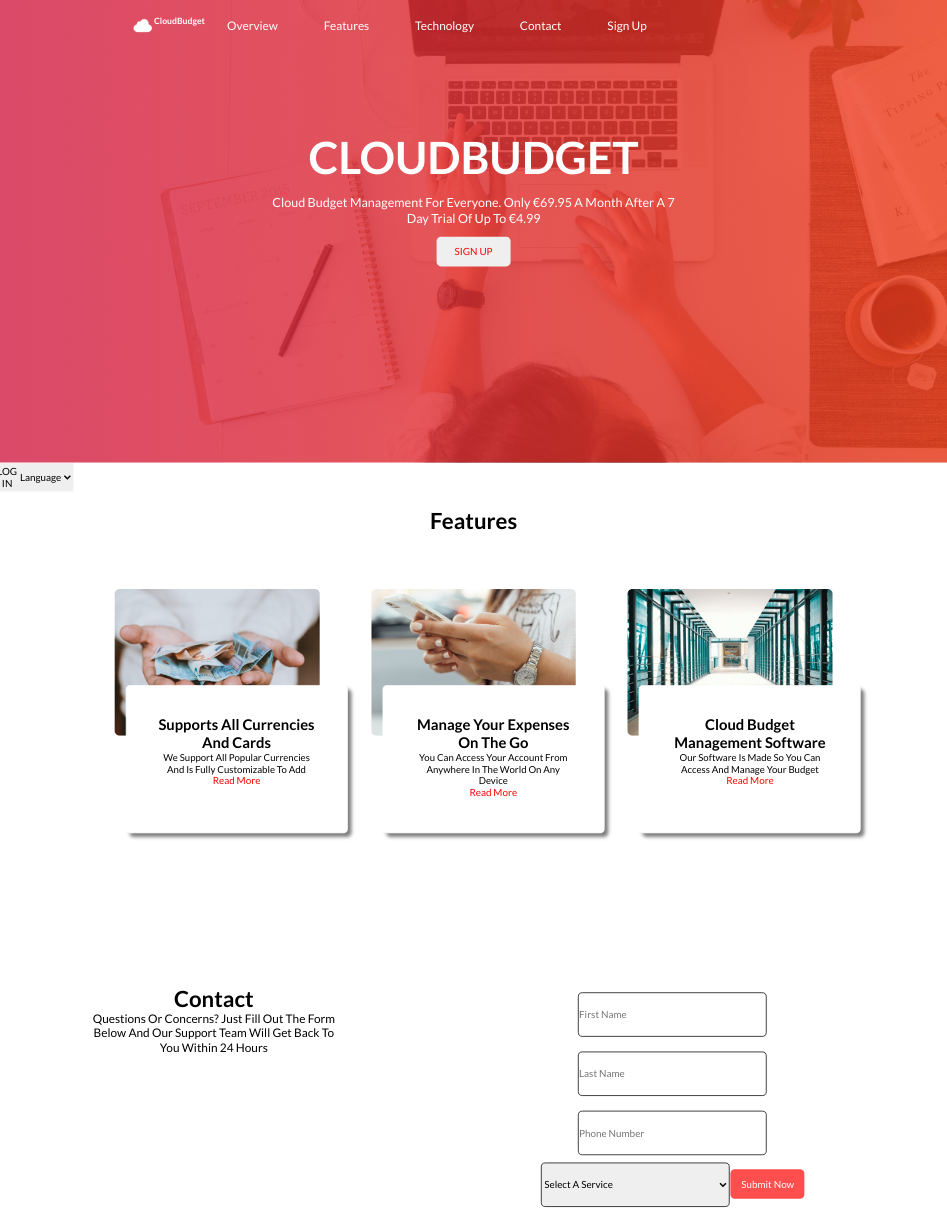
Repository: havvanurrana/website3
Page: index.html
These files come from the project's save history. The page is drawn as it stood at one moment and after the next save; the edit follows.
The browser window is 1280 px wide. The pictures show the whole page, at 74% of full size.

Above is the page before, as saved 2024-07-30 11:22:16.
Console error: TypeError: Cannot read properties of null (reading 'addEventListener')

### index.html
<!DOCTYPE html>
<html lang="tr">
  <head>
    <meta charset="UTF-8" />
    <meta name="viewport" content="width=device-width, initial-scale=1.0" />
    <title>CloudBudget</title>
    <link rel="stylesheet" href="style.css" />
    <link
      rel="stylesheet"
      href="https://cdnjs.cloudflare.com/ajax/libs/font-awesome/6.5.2/css/all.min.css"
      integrity="sha512-SnH5WK+bZxgPHs44uWIX+LLJAJ9/2PkPKZ5QiAj6Ta86w+fsb2TkcmfRyVX3pBnMFcV7oQPJkl9QevSCWr3W6A=="
      crossorigin="anonymous"
      referrerpolicy="no-referrer"
    />
    <link
      href="https://fonts.googleapis.com/css2?family=Lato:wght@400;700&display=swap"
      rel="stylesheet"
    />
  </head>
  <body>
    <section class="overview-section">
        <div class="linear-gradient"></div>
        <div class="content">
            <h3>CLOUDBUDGET</h3>
            <p>
                Cloud budget management for everyone. Only €69.95 a Month After a 7
                Day Trial of Up to €4.99
            </p>
            <button>SIGN UP</button>
        </div>
    </section>
    <header class="header-menu">
        <div class="markaamblem">
            <img src="assets/cloud.png" />
            <h3>CloudBudget</h3>
        </div>
        <nav class="navbar">
            <a href="#" class="navbarsect">Overview</a>
            <a href="#" class="navbarsect">Features</a>
            <a href="#" class="navbarsect">Technology</a>
            <a href="#" class="navbarsect">Contact</a>
            <a href="#" class="navbarsect">Sign Up</a>
        </nav>

    </header>
    <div class="buttons">
        <button>LOG IN</button>
        <button>
            <select id="language" name="language">
                <option value="">language</option>
                <option value="uk">UK</option>
                <option value="turk">Turkish</option>
                <option value="sp">Spanish</option>
                <option value="fr">French</option>
            </select>
        </button>
            <div class="toggle-menu">
                <button>
                    <i class="fas fa-bars"></i>
                </button>
            </div>
    </div>
    <!--features kısmı -->
    <div class="featureshead">
        <h1>Features</h1>
    </div>
    <div class="features">
        <div class="featuressection">
            <div class="img">
                <img src="../assets/money.png" />
            </div>
            <div class="featurescard">
                <div>
                    <h1>Supports All Currencies and Cards</h1>
                </div>
                <div>
                    <p>
                        We support all popular currencies and is fully customizable to add
                    </p>
                </div>
                <button>Read More</button>
            </div>
      </div>
      <div class="featuressection">
          <div>
                <div class="img">
                    <img src="../assets/hand.png" />
                </div>
                <div class="featurescard">
                    <h1>Manage your expenses on the go</h1>
                        <p>
                          You can access your account from anywhere in the world on any
                          device
                        </p>
                    <button>Read More</button>
                </div>
            </div>
      </div>
          <div class="featuressection">
              <div>
                    <div class="img">
                        <img src="../assets/building.png" />
                    </div>
                    <div class="featurescard">
                          <h1>Cloud Budget Management Software</h1>
                          <p>Our software is made so you can access and manage your budget</p>
                          <button>Read More</button>
                    </div>
              </div>
          </div>
    </div>
    <!--contact kısmı-->
    <section >
        <div class="contact">
        <div class="contact-text">
            <h1>Contact</h1>
            <p>
              Questions or concerns? Just fill out the form below and our support
              team will get back to you within 24 hours
            </p>
        </div>
        <div class="input">
            <input
            type="text"
            id="username"
            name="username"
            placeholder="First Name"
            />
            <input
            type="text"
            id="username"
            name="username"
            placeholder="Last Name"
            />
            <input
            type="text"
            id="username"
            name="username"
            placeholder="Phone Number"
            />
            <select id="service" name="service">
            <option value="">Select a service</option>
            <option value="service1">Service 1</option>
            <option value="service2">Service 2</option>
            <option value="service3">Service 3</option>
            <option value="service4">Service 4</option>
            </select>
            <button>Submit now</button>
        </div>
    </div>
    </section>
    <script>
        document.addEventListener('DOMContentLoaded', function() {
  const menuIcon = document.getElementById('menu-icon');
  const navList = document.getElementById('nav-list');

  menuIcon.addEventListener('click', function() {
    navList.classList.toggle('show');
  });
});
    </script>
  </body>
</html>

### style.css
/* genel*/
*{
   margin:0;
   padding: 0;
   box-sizing: border-box;
   outline: none;
   border: none;
   text-decoration: none;
   text-transform: capitalize;
   font-family: Lato;
}


html {
    font-size: 62.5%;
    overflow-x: hidden;
    scroll-behavior: smooth;
    scroll-padding-top: 9rem ;
 }
h1{
   font-size: 30px;
}
 /* header menu ve  amblem ve ilk ekran cssleri*/

.markaamblem{
   display: flex;
   justify-content: flex-start;
   color: white;
}

.header-menu{
   display: flex;
   justify-content: flex-end;
   align-items: center ;
   padding: 0 7%;
   margin: 2rem 7%;
   z-index: 3;
   top: 0;
   position:absolute;
}
header nav{
   justify-content: space-between;
}
.header-menu .navbar a{
   margin: 0 3rem;
   font-size: 1.6rem;
   color: white;
   z-index: 2;
}
 .buttons{
   border: 1px , solid, rgb(255, 255, 255);
   border-radius: 6px;
   color:rgb(255, 255, 255);
   width: 100px;
   height: 40px;
   gap: 0px;
   background-color: transparent;
}
 .buttons{
   display: flex;
   justify-content: flex-end;
}
.overview-section{
   min-height: 100vh;
   display: flex;
   text-align: center;
   align-items: center;
   justify-content: center;
   background:  url(../assets/image1.png)
   no-repeat;
   background-size: cover;
   margin-top: -9.5rem;
}

.overview-section .content {
   max-width: 60rem;
   margin: 0.5rem;
   z-index: 2;
}
.overview-section .content h3{
   font-size: 6rem;
   margin: 0.5rem;
   color: white;
}
.overview-section .content p{
   font-size: 1.7rem;
   margin: 1.5rem;
   color: white;
}
.overview-section .content button{
   border:1px;
   width: 100px;
   height: 40px;
   border-radius: 6px;
   color: red;

}

.linear-gradient{
   min-height: 100vh;
   width: 100%;
   display: flex;
   z-index: 1;
   background: linear-gradient(90deg, rgba(213, 32, 71, 0.8) 0%, rgba(238, 61, 27, 0.8) 100%);
   position: absolute;
}

/* features kısmı*/
/* başlık*/
.featureshead{
   text-align: center;
   justify-content: center;
   margin: 10px;
   padding: 10px;
}
/* Kartlar*/
.features{
   display: grid;
   grid-template-columns: repeat(auto-fit, minmax(30rem, 1fr));
   margin:3rem;
   padding: 0 7%;
}
.featurescard{
   border-radius: 6px;
   border: 1px, solid, rgb(255, 255, 255);
   width: 30rem;
   height: 20rem;
   text-align: center;
   justify-content: center;
   align-items: center;
   padding: 4rem;
   margin: 3rem;
   background-color: white;
   transform: translate(-5%,-50%);
   box-shadow: 5px 5px 5px rgba(0, 0, 0,0.5);
}
.featuressection{
   justify-content: center;
   align-items: center;
   margin: 10px;
   padding: 25px;
}
.features img{
   width: 100%;
   object-fit: cover;
}
.featurescard h1{
   font-size: 20px;
}
.featurescard p{
   font-size: 13px;
}
.featurescard button{
   border: none;
   background-color: transparent;
   color: red;
}

/*Contact kısmı */


.contact{
   display: flex;
   flex-direction: row;
   margin: 2rem;
}
.contact div{
   text-align: center;
   justify-content: center;
   align-items: center;
   padding: 0 7%;
   margin: 1rem;
}
.contact h1{
   font-size: 30px;
}
.contact p{
   font-size: 16px;
}
input{
   width: 255px;
   height: 60px;
   border: 1px, solid, black;
   border-color: rgb(0, 0, 0);
   border-radius: 6px;
   margin: 1rem;
}
.contact select{
   width: 255px;
   height: 60px;
   border: 1px, solid, black;
   border-color: rgb(0, 0, 0);
   border-radius: 6px;
}
.contact button{
   width: 100px;
   height: 40px;
   border-radius: 6px;
   color: white;
   background-color: rgb(254, 78, 78);
}


/* toggle menu*/

.toggle-menu {
   display: none;
}

@media (max-width: 1000px) {
   .navbar {
       display: none;
   }
   .toggle-menu {
       display: block;
   }
}

.toggle-menu.active + .navbar {
   display: flex;
   flex-direction: column;
   position: absolute;
   top: 100%;
   left: 0;
   right: 0;
   background-color: #333;
   z-index: 1;
}

.toggle-menu button {
   background: none;
   border: none;
   color: white;
   font-size: 2rem;
}

After the next save:
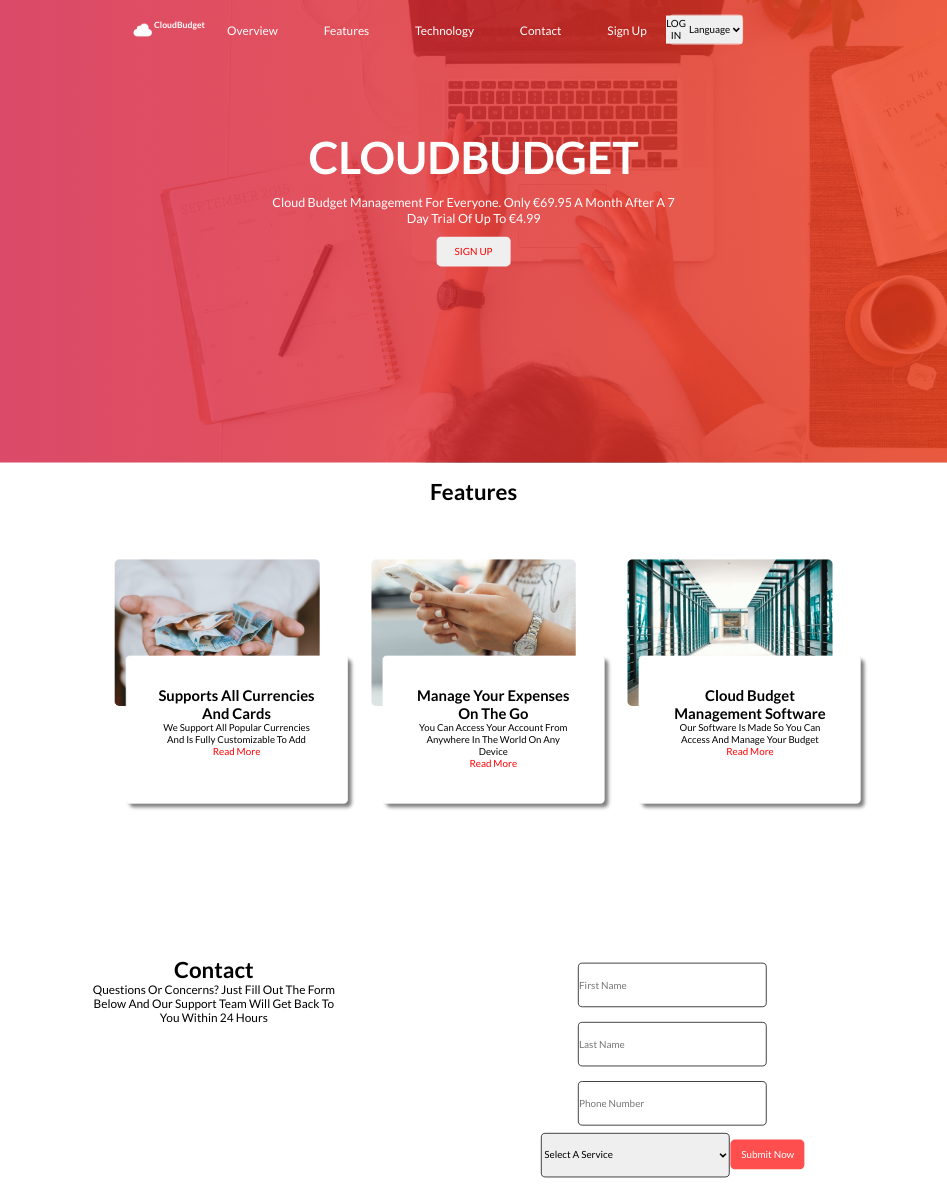
Saved 79 s later.
--- a/index.html
+++ b/index.html
@@ -41,25 +41,25 @@
             <a href="#" class="navbarsect">Contact</a>
             <a href="#" class="navbarsect">Sign Up</a>
         </nav>
+        <div class="buttons">
+            <button>LOG IN</button>
+            <button>
+                <select id="language" name="language">
+                    <option value="">language</option>
+                    <option value="uk">UK</option>
+                    <option value="turk">Turkish</option>
+                    <option value="sp">Spanish</option>
+                    <option value="fr">French</option>
+                </select>
+            </button>
+                <div class="toggle-menu">
+                    <button>
+                        <i class="fas fa-bars"></i>
+                    </button>
+                </div>
+        </div>
+    </header>
 
-    </header>
-    <div class="buttons">
-        <button>LOG IN</button>
-        <button>
-            <select id="language" name="language">
-                <option value="">language</option>
-                <option value="uk">UK</option>
-                <option value="turk">Turkish</option>
-                <option value="sp">Spanish</option>
-                <option value="fr">French</option>
-            </select>
-        </button>
-            <div class="toggle-menu">
-                <button>
-                    <i class="fas fa-bars"></i>
-                </button>
-            </div>
-    </div>
     <!--features kısmı -->
     <div class="featureshead">
         <h1>Features</h1>
